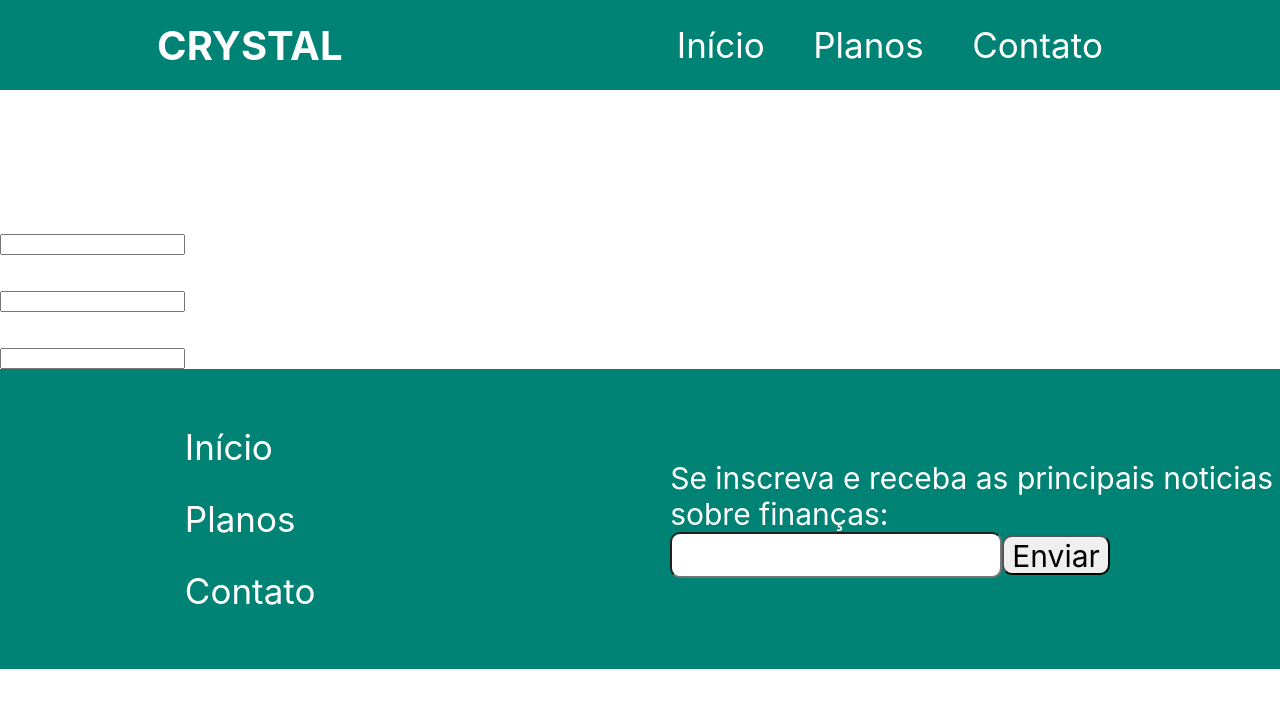
Repository: Matheus904-12/Crystallize
Page: contato.html
The author's editor kept a copy of each file at every save. The page is drawn from the files as they stood at one save, then again after the next save.
The browser window is 1280 px wide. The pictures show the whole page.
Some web fonts or font styles are not loaded; a fallback is used.

Above is the page before, as saved 2023-07-24 19:48:31.
Not found: background.css

After the next save:
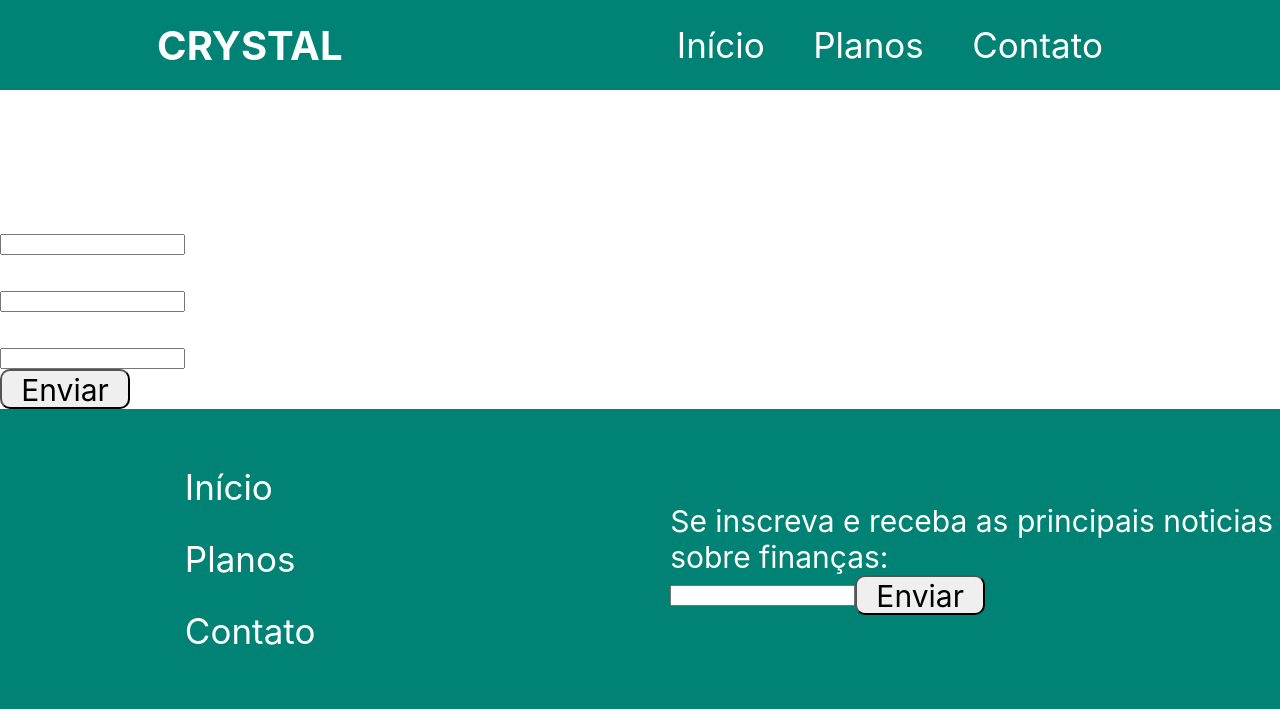
Saved 6 min 51 s later.
--- a/contato.html
+++ b/contato.html
@@ -27,52 +27,63 @@
         </div>
 
     </header>
+
     <body>
 
         <section class="caixa">
 
-            <h2 class="textoBranco">CONTATO</h2>
-            <p class="textoBranco">Preencha o formulário e nossa equipe de especialista entrará em contato com você o mais breve possivel!</p>
+            <div class="comoContatar">
+                <h2 class="textoBranco">CONTATO</h2>
+                <p class="textoBranco">Preencha o formulário e nossa equipe de especialista entrará em contato com você
+                    o
+                    mais breve possivel!</p>
+            </div>
 
-            <h2 class="textoBranco">
-                Nome:
-            </h2>
-            <input class="email" type="text">
+            <div class="info">
+                <h2 class="textoBranco">
+                    Nome:
+                </h2>
+                <input class="email" type="text">
 
-            <h2 class="textoBranco">
-                Email:
-            </h2>
-            <input class="email" type="email">
+                <h2 class="textoBranco">
+                    Email:
+                </h2>
+                <input class="email" type="email">
 
-            <h2 class="textoBranco">
-                Telefone:
-            </h2>
-            <input class="email" type="number">
+                <h2 class="textoBranco">
+                    Telefone:
+                </h2>
+                <input class="email" type="number">
 
+                <br>
+
+                <button id="enviar">Enviar</button>
+            </div>
         </section>
 
-    <footer>
-        <div class="textoBranco coluna">
-            <a href="index.html" class="paginasVertical">Início</a>
-            <a href="index.html" class="paginasVertical">Planos</a>
-            <a href="#header" class="paginasVertical">Contato</a>
-        </div>
+        <footer>
+            <div class="textoBranco coluna">
+                <a href="index.html" class="paginasVertical">Início</a>
+                <a href="index.html" class="paginasVertical">Planos</a>
+                <a href="#header" class="paginasVertical">Contato</a>
+            </div>
 
-        <div id="inscrever">
-            <div class="coluna">
-                <p class="textoBranco" id="inscricao">Se inscreva e receba as principais noticias sobre finanças:</p>
-                <br>
-                <br>
-                <br>
-                <br>
-                <div class="inscreverse">
-                    <input id="email" type="email">
+            <div id="inscrever">
+                <div class="coluna">
+                    <p class="textoBranco" id="inscricao">Se inscreva e receba as principais noticias sobre finanças:
+                    </p>
+                    <br>
+                    <br>
+                    <br>
+                    <br>
+                    <div class="inscreverse">
+                        <input class="email" type="email">
 
-                    <button id="enviar">Enviar</button>
+                        <button id="enviar">Enviar</button>
+                    </div>
                 </div>
             </div>
-        </div>
-    </footer>
-</body>
+        </footer>
+    </body>
 
 </html>
